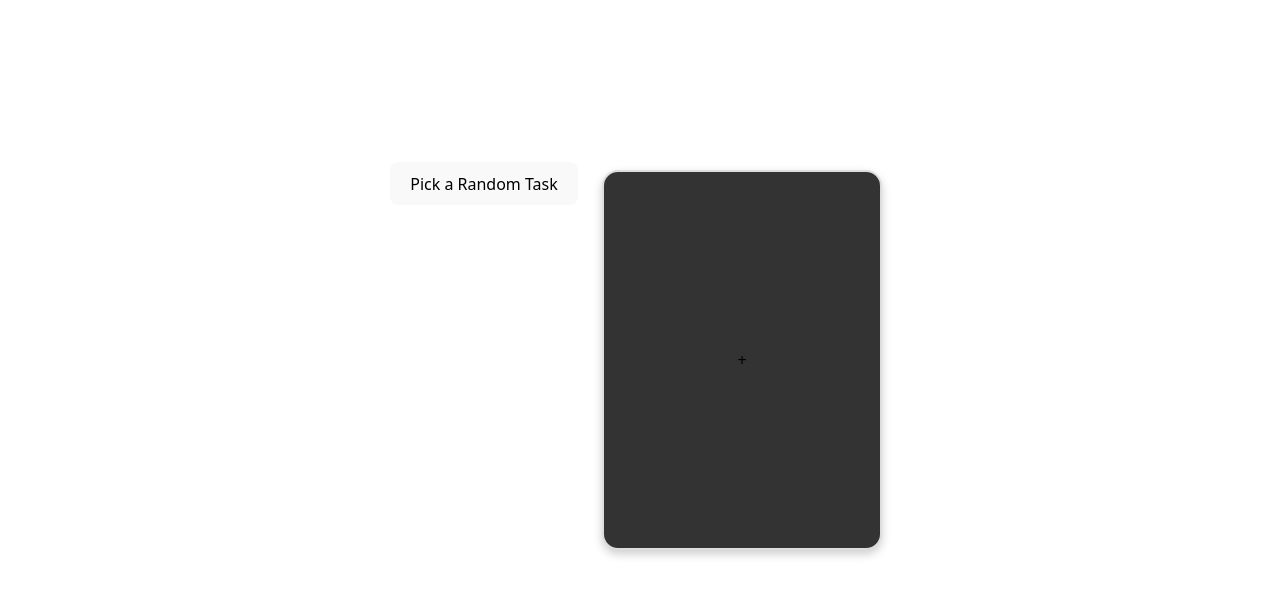
Repository: RamSivaSundaraKarthykeyan/Cards-Task
Page: /
The author's editor kept a copy of each file at every save. The page is drawn from the files as they stood at one save, then again after the next save.
The browser window is 1280 px wide. The pictures show the whole page.
The project was rebuilt for these pictures with package versions that can differ from the ones it lists, and the page was loaded fresh each time. Also part of the build but not shown: vite.config.js, src/CSS/checkBox.css, src/components/CheckBox.jsx, src/CSS/TaskCard.css, src/components/TaskCard.jsx.

Above is the page before, as saved 2025-04-16 06:44:45.

### index.html
<!doctype html>
<html lang="en">
  <head>
    <meta charset="UTF-8" />
    <link rel="icon" type="image/svg+xml" href="/vite.svg" />
    <meta name="viewport" content="width=device-width, initial-scale=1.0" />
    <title>New To-Do</title>
  </head>
  <body>
    <div id="root"></div>
    <script type="module" src="/src/main.jsx"></script>
  </body>
</html>

### src/main.jsx
import { StrictMode } from "react";
import { createRoot } from "react-dom/client";
import "./CSS/index.css";
import App from "./App.jsx";

createRoot(document.getElementById("root")).render(
  <StrictMode>
    <App />
  </StrictMode>
);

### src/App.jsx
import React from "react";
import "./CSS/App.css";
import Deck from "./components/Deck.jsx";
import { TaskCardProvider } from "./context/TaskCardContext.jsx";

function App() {
  return (
    <>
      <TaskCardProvider>
        <Deck />
      </TaskCardProvider>
    </>
  );
}

export default App;

### src/components/Deck.jsx
import React, { useRef, useEffect } from "react";
import TaskCard from "./TaskCard.jsx";
import { useTaskCardContext } from "../context/TaskCardContext.jsx";
import "../CSS/Deck.css";

function Deck() {
  const {
    taskCards,
    addTaskCard,
    removeTaskCard,
    pickRandomTaskCard,
    selectedTaskId,
  } = useTaskCardContext();

  const inputRef = useRef({});

  const handleAddTaskCard = () => {
    const newId =
      taskCards.length === 0 ? 1 : taskCards[taskCards.length - 1].id + 1;
    addTaskCard({ id: newId });
    inputRef.current[newId] = React.createRef();
  };

  const handlePickRandomTaskCard = () => {
    const randomTaskCard = pickRandomTaskCard();
    if (randomTaskCard) {
      alert(`random Task Card:\nIDl: ${randomTaskCard.id}`);
    } else {
      alert(`No Task Cards Available!`);
    }
  };

  useEffect(() => {
    if (taskCards.length > 0) {
      const lastTaskCard = taskCards[taskCards.length - 1];
      inputRef.current[lastTaskCard.id]?.current?.focus();
    }
  }, [taskCards]);

  return (
    <div
      style={{ display: "flex", flexWrap: "wrap", gap: "16px" }}
      className="deck"
    >
      <button onClick={handlePickRandomTaskCard}> Pick a Random Task </button>
      <button className="task-card-add-button" onClick={handleAddTaskCard}>
        +
      </button>
      {taskCards.map((tc) => (
        <TaskCard
          id={tc.id}
          key={tc.id}
          removeTask={() => removeTaskCard(tc.id)}
          inputRef={inputRef.current[tc.id]}
          isSelected={tc.id === selectedTaskId}
        />
      ))}
    </div>
  );
}

export default Deck;

### src/context/TaskCardContext.jsx
import React, { createContext, useContext, useState } from "react";

const TaskCardContext = createContext();

export function TaskCardProvider({ children }) {
  const [taskCards, setTaskCards] = useState([]);
  const [selectedTaskId, setSelectedTaskId] = useState(null);

  const addTaskCard = (taskCard) => setTaskCards((prev) => [...prev, taskCard]);
  const removeTaskCard = (id) =>
    setTaskCards((prev) => prev.filter((tc) => tc.id !== id));

  const pickRandomTaskCard = () => {
    if (taskCards.length === 0) return null;
    const randomIndex = Math.floor(Math.random() * taskCards.length);
    const randomCard = taskCards[randomIndex];
    setSelectedTaskId(randomCard.id);
    return randomCard;
  };

  return (
    // any component that consumes this context will have access to these value objects
    <TaskCardContext.Provider
      value={{
        taskCards,
        addTaskCard,
        removeTaskCard,
        pickRandomTaskCard,
        selectedTaskId,
      }}
    >
      {children}
    </TaskCardContext.Provider>
  );
}

export function useTaskCardContext() {
  return useContext(TaskCardContext);
}

### src/CSS/Deck.css
.task-card-add-button {
    width: 280px;
    height: 380px;
    margin: 8px;
    display: flex;
    justify-content: center;
    align-items: center;
    border: 2px solid #ddd;
    border-radius: 16px;
    background: #333;
    box-shadow: 0 4px 10px rgba(0, 0, 0, 0.2);
    cursor: pointer;
    box-sizing: border-box;
    /* Ensures uniform size */
}

.task-card-add-button:hover {
    transform: scale(1.05);
    box-shadow: 0 6px 12px rgba(0, 0, 0, 0.2);
}

.deck {
    display: flex;
    flex-wrap: wrap;
    gap: 16px;
    justify-content: center;
    align-items: flex-start;
}

### src/components/Timer.jsx
import React, { useState, useEffect, useRef } from "react";

function Timer() {
  // State to hold the remaining time (in seconds)
  const [time, setTime] = useState(0);
  // State to store the input value from the user
  const [inputValue, setInputValue] = useState("");
  // State to indicate if the timer is running
  const [isRunning, setIsRunning] = useState(false);

  // Ref to store the timer id from setTimeout so it can be cleared if needed
  const timerRef = useRef(null);
  // Ref to store the audio element so we can trigger playback
  const audioRef = useRef(null);

  // useEffect to handle the countdown
  useEffect(() => {
    // If the timer is running and time is not zero, schedule a timeout to decrease time by one second.
    if (isRunning && time > 0) {
      timerRef.current = setTimeout(() => {
        setTime(time - 1);
      }, 1000);
    }
    // When the time reaches zero while the timer is running, play the sound and stop the timer.
    else if (isRunning && time === 0) {
      // Play the sound if the audio element is ready
      if (audioRef.current) {
        audioRef.current.play();
      }
      setIsRunning(false);
    }
    // Cleanup function to clear the timeout if the component re-renders or unmounts.
    return () => clearTimeout(timerRef.current);
  }, [isRunning, time]);

  // Function to start the timer based on the user input
  const startTimer = () => {
    // Convert the input value to an integer (assuming the input is in seconds)
    const seconds = parseInt(inputValue, 10);
    if (!isNaN(seconds) && seconds > 0) {
      setTime(seconds);
      setIsRunning(true);
    }
  };

  return (
    <div style={{ textAlign: "center", marginTop: "30px" }}>
      <input
        type="number"
        value={inputValue}
        onChange={(e) => setInputValue(e.target.value)}
        placeholder="Enter seconds"
        style={{ fontSize: "16px", padding: "4px", width: "150px" }}
      />
      <button
        onClick={startTimer}
        style={{ marginLeft: "10px", fontSize: "16px" }}
      >
        Start Timer
      </button>
      <h2 style={{ marginTop: "20px" }}>{time} sec</h2>
      {/* Audio element plays sound when time is up. Ensure sound.mp3 is available in your public folder or change the src to a valid URL */}
      <audio ref={audioRef}>
        <source src="sound.mp3" type="audio/mpeg" />
        Your browser does not support the audio element.
      </audio>
    </div>
  );
}

export default Timer;

Loaded but not shown: src/index.css (common file); src/CSS/App.css (common file)

After the next save:
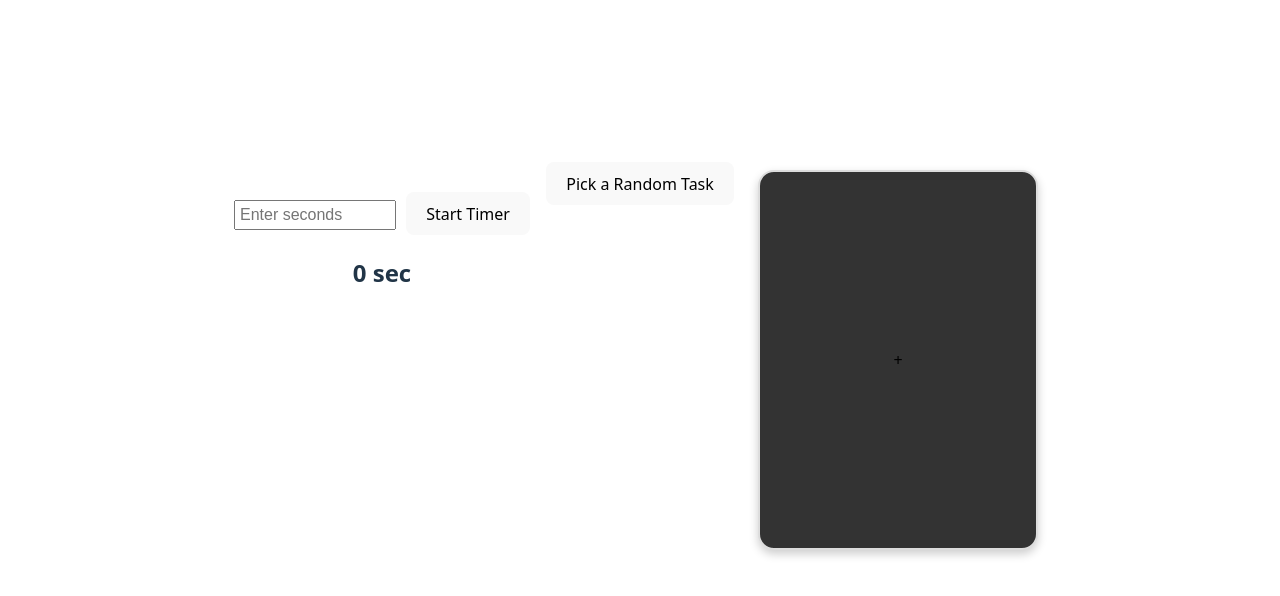
Saved 51 s later.
--- a/src/components/Deck.jsx
+++ b/src/components/Deck.jsx
@@ -2,6 +2,7 @@ import React, { useRef, useEffect } from "react";
 import TaskCard from "./TaskCard.jsx";
 import { useTaskCardContext } from "../context/TaskCardContext.jsx";
 import "../CSS/Deck.css";
+import Timer from "./Timer.jsx";
 
 function Deck() {
   const {
@@ -42,6 +43,7 @@ function Deck() {
       style={{ display: "flex", flexWrap: "wrap", gap: "16px" }}
       className="deck"
     >
+      <Timer />
       <button onClick={handlePickRandomTaskCard}> Pick a Random Task </button>
       <button className="task-card-add-button" onClick={handleAddTaskCard}>
         +
